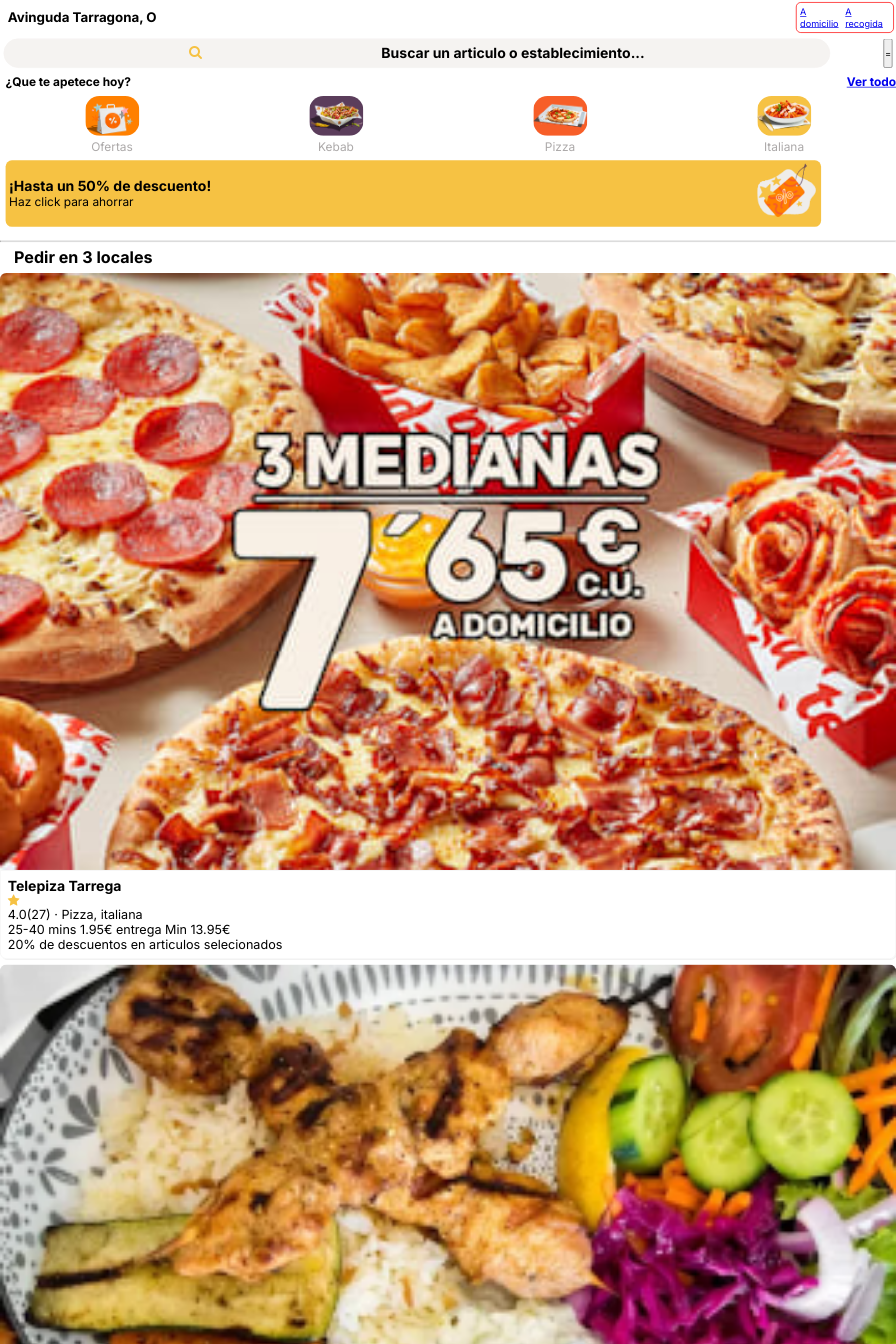
Repository: Srpinedaa/justEat
Page: index.html
These files come from the project's save history. The page is drawn as it stood at one moment and after the next save; the edit follows.
The browser window is 1280 px wide. The pictures show the part of the page from y = 0 to 1920 px (the page is 2860 px tall before and 2884 px after), at 70% of full size.

Above is the page before, as saved 2024-10-09 16:20:17.

### index.html
<!DOCTYPE html>
<html lang="en">

<head>
    <meta charset="UTF-8">
    <meta name="viewport" content="width=, initial-scale=1.0">
    <title>Just Eat</title>
    <link
        href="https://fonts.googleapis.com/css2?family=Inter:ital,opsz,wght@0,14..32,100..900;1,14..32,100..900&display=swap"
        rel="stylesheet">
    <link rel="stylesheet" href="https://cdnjs.cloudflare.com/ajax/libs/font-awesome/4.7.0/css/font-awesome.min.css">
    <link rel="stylesheet" href="css/estilos.css">
</head>

<body>
    <div id="all">
        <header>
            <div id="navDireccion">
                <h2 class="direccion">Avinguda Tarragona, O</h2>
                <div class="formaPedido">
                    <a href="#">A domicilio</a>
                    <a href="#">A recogida</a>
                </div>
            </div>

            <div id="navBuscador">
                <div class="buscadorInput">
                    <i class="fa fa-search"></i>
                    <p>Buscar un articulo o establecimiento...</p>
                </div>
                <button>=</button>
            </div>
        </header>
        <main>
            <div id="contenido">
                <div id="bloque1">
                    <section class="bloque1Sesion1">
                        <h4>¿Que te apetece hoy?</h4>
                        <h4><a href="#">Ver todo</a></h4>
                    </section>
                    <section class="bloque1Sesion2">
                        <div class="fotoComida ofertas">
                            <img src="img/ofertas.png" alt="ofertas">
                            <p>Ofertas</p>
                        </div>
                        <div class="fotoComida kebab">
                            <img src="img/kebab.png" alt="kebab">
                            <p>Kebab</p>
                        </div>
                        <div class="fotoComida italiana">
                            <img src="img/pizza.png" alt="italiana">
                            <p>Pizza</p>
                        </div>
                        <div class="fotoComida pizza">
                            <img src="img/italiana.png" alt="pizza">
                            <p>Italiana</p>
                        </div>
                    </section>
                </div>
                <div id="bloque2">
                    <div id="slideShow">
                        <div class="descuentoTexto">
                            <h3>¡Hasta un 50% de descuento!</h3>
                            <p>Haz click para ahorrar</p>
                        </div>
                        <div class="descuentoImg">
                            <img src="img/descuento.PNG" alt="descuentos">
                        </div>
                    </div>
                </div>
                <hr>
                <div id="bloque3">
                    <h2>Pedir en 3 locales</h2>
                    <section class="bloquePedidos">
                        <div class="pedido">
                            <div class="imagenPedido">
                                <img src="img/pizza.jpg" alt="pizza">
                            </div>
                            <div class="informacionPedido">
                                <h5>Telepiza Tarrega</h5>
                                <i class="fa fa-star"></i>
                                <p>4.0(27) · Pizza, italiana</p>
                                <p>25-40 mins 1.95€ entrega Min 13.95€</p>
                                <p>20% de descuentos en articulos selecionados</p>
                            </div>
                        </div>
                        <div class="pedido">
                            <div class="imagenPedido">
                                <img src="img/combinat.png" alt="pizza">
                            </div>
                            <div class="informacionPedido">
                                <h5>Bon sabor</h5>
                                <i class="fa fa-star"></i>
                                <p>4.5(26)</p>
                                <p>Kebab, pizza</p>
                                <p>929 m</p>
                            </div>
                        </div>
                        <div class="pedido">
                            <div class="imagenPedido">
                                <img src="img/doner.png" alt="pizza">
                            </div>
                            <div class="informacionPedido">
                                <h5>Doner Kebab Rey</h5>
                                <div class="informacionPedido2">
                                    <i class="fa fa-star"></i>
                                    <p>3.7(3)</p>
                                    <p>Kebab, pizza</p>
                                </div>
                                <p>1.6km</p>
                            </div>
                        </div>
                    </section>
                </div>
            </div>
        </main>
        <footer></footer>
    </div>
</body>

</html>

### css/estilos.css
*{
    margin: 0;
    padding: 0;
    box-sizing: border-box;
    font-family: "Inter", sans-serif;
}

html{
    font-size: 62.5%;
}

#all{
    /* border: 1px solid red; */
    overflow: hidden;
    min-width: 54rem;
}

#navDireccion{
    /* border: 1px solid green; */
    display: flex;
    justify-content: space-between;
    margin-bottom: 9px;
    padding: 3px;
    align-items: center;
    margin: 0;
}

.direccion{
    margin-left: 8px;
    font-size: 1.9rem;
    font-weight:bolder;
    color: black;
}

#navBuscador{
    padding: 5px;
    /* border: 1px solid blue; */
    display: flex;
    justify-content: space-between;
}

.fa-search{
    color: #f6c243;
}

.buscadorInput{
    width: 93%;
    border-radius: 3rem;
    padding: 8px;
    border: 1px solid #f5f3f1;
    background-color: #f5f3f1;
    font-size: 2rem;
    font-weight: bolder;
    display: flex;
    justify-content: space-evenly;
}

.buscador{
    /* border: 1px solid red; */
    border-radius: 7px;
    padding: 5px;
}

.fotoComida img{
    width: 100%;
    height: 100%;
    /* border: 1px solid salmon; */
}

.ofertas img,
.kebab img,
.italiana img,
.pizza img{
    border-radius: 2rem;
    width: 7.7rem;
}

.ofertas img{
    background-color: #ff8000;
}

.kebab img{
    background-color: #5b3d5b;

}

.pizza img{
    background-color: #f6c243;

}

.italiana img{
    background-color: #f75e28;

}

.fotoComida p{
    margin: 5px 0;
    color: #aca9a9;
    font-size: 1.7rem;
    font-weight: 600px;
}

#slideShow{
    width: 91%;
    height: 9.5rem;
    margin-left: 8px;
    margin-bottom: 2rem;
    padding: 5px;
    display: flex;
    justify-content: space-between;
    background-color: #f6c243;
    border-radius: 9px;
}

#slideShow img{
    width: 100%;
    height: 100%;
}

.descuentoTexto{
    display: flex;
    flex-direction: column;
    margin: auto 0;
}

.descuentoTexto h3:first-child{
    font-weight: bolder;
    font-size: 2rem;
}

.descuentoTexto p:last-child{
    font-size: 1.7rem;
}

.formaPedido{
    border: 1px solid red;
    border-radius: 7px;
    padding: 5px;
    width: 14rem;
    padding: 5px;
    display: flex;
    flex-direction: row;

}

.formaPedido a{
    font-size: 1.3rem;
}

#contenido{
    /* border: 1px solid green; */
}

#bloque1{
    /* border: 1px solid blue; */
    display: flex;
    flex-direction: column;
}

.bloque1Sesion1{
    /* border: 1px solid pink; */
    display: flex;
    justify-content: space-between;
}

.bloque1Sesion1 h4{
    font-size: 1.7rem;
    margin: 5px 0;
}

.bloque1Sesion1 h4:first-child{
    margin-left: 8px;
}

.bloque1Sesion2{
    /* border: 1px solid brown; */
    display: flex;
    width: 100%;
    justify-content: space-around;
}

.fotoComida{
    width: 100%;
    height: auto;
    padding: 5px;
    display: flex;
    flex-direction: column;
    align-items: center;
}

#bloque3{
    margin-top: 8px;
}

#bloque3 h2{
    margin-bottom: 8px;
    margin-left: 2rem;
    font-size: 2.3rem;
}

.bloquePedidos{
    /* border: 1px solid blue; */
    display: flex;
    flex-direction: column;
}

.pedido{
    width: 100%;
    /* height: auto; */
    /* border: 1px solid green; */
    display: flex;
    flex-direction: column;
    border-radius: 8px;
    margin-bottom: 8px;
}

.imagenPedido{
    width: 100%;
    /* border: 1px solid red; */
    display: flex;
    justify-content: center;
    align-items: center;
    overflow: hidden;
    border-top-right-radius: 9px;
    border-top-left-radius: 9px;
    margin: 0 auto;
    /* position: relative; */
}

.imagenPedido img{
    width: 100%;
    height: auto;
}

.informacionPedido{
    width: 100%;
    display: flex;
    flex-direction: column;
    flex-wrap: wrap;
    margin: 0 auto;
    padding: 1rem;
    border-bottom-left-radius: 9px;
    border-bottom-right-radius: 9px;
    border: 1px solid #f2f2f2;
    box-shadow: 1.3px 1.3px #f2f2f2;
    font-size: 1.8rem;
}

.fa-star{
   color: #f6c243;
}

.informacionPedido h5{
    width: 100%;
    font-size: 2rem;
}

.informacionPedido p:last-child{
    width: 100%;
}

After the next save:
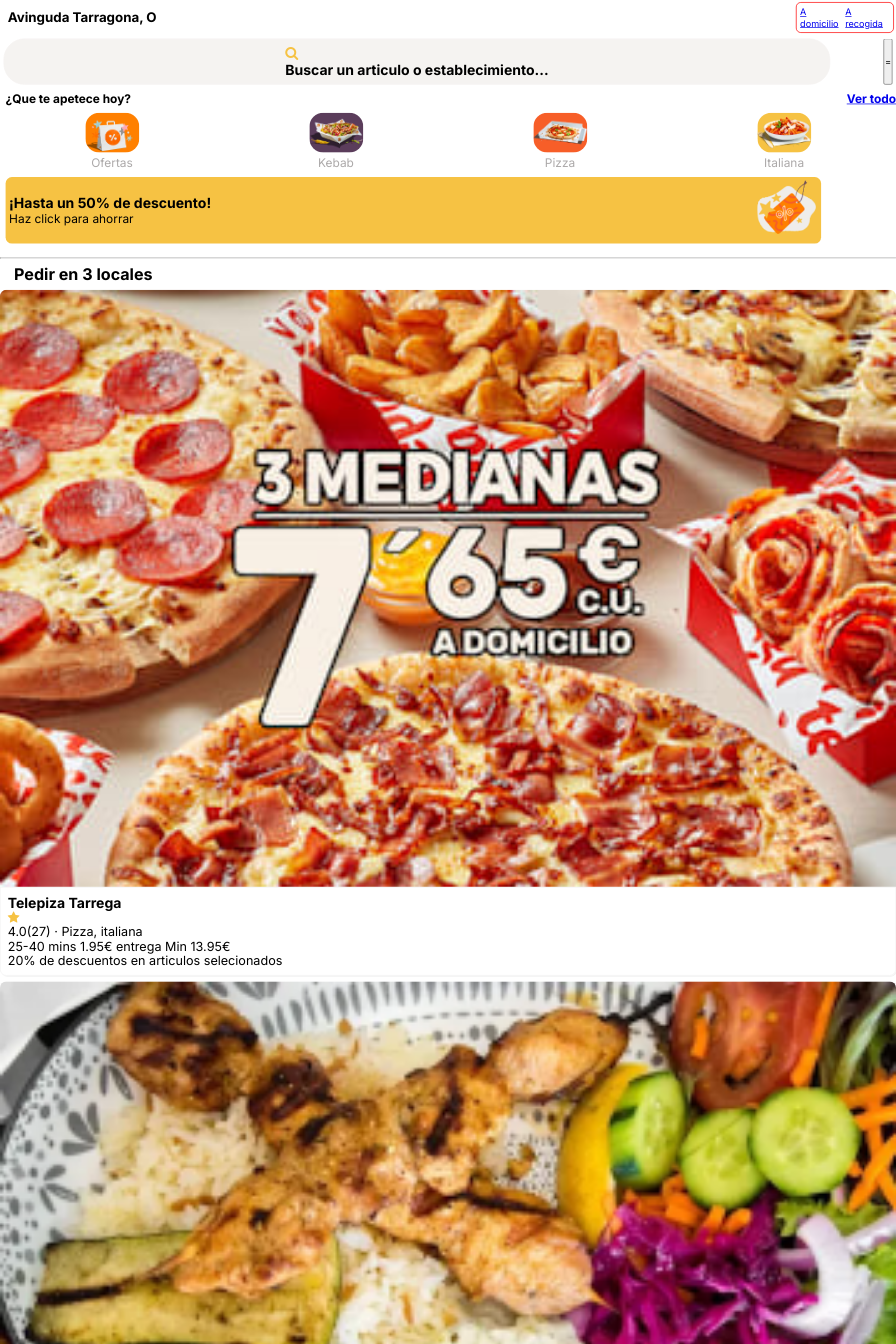
Saved 72 s later.
--- a/index.html
+++ b/index.html
@@ -25,8 +25,11 @@
 
             <div id="navBuscador">
                 <div class="buscadorInput">
-                    <i class="fa fa-search"></i>
-                    <p>Buscar un articulo o establecimiento...</p>
+                    <div>
+                        <i class="fa fa-search"></i>
+                        <p>Buscar un articulo o establecimiento...</p>
+                    </div>
+
                 </div>
                 <button>=</button>
             </div>
